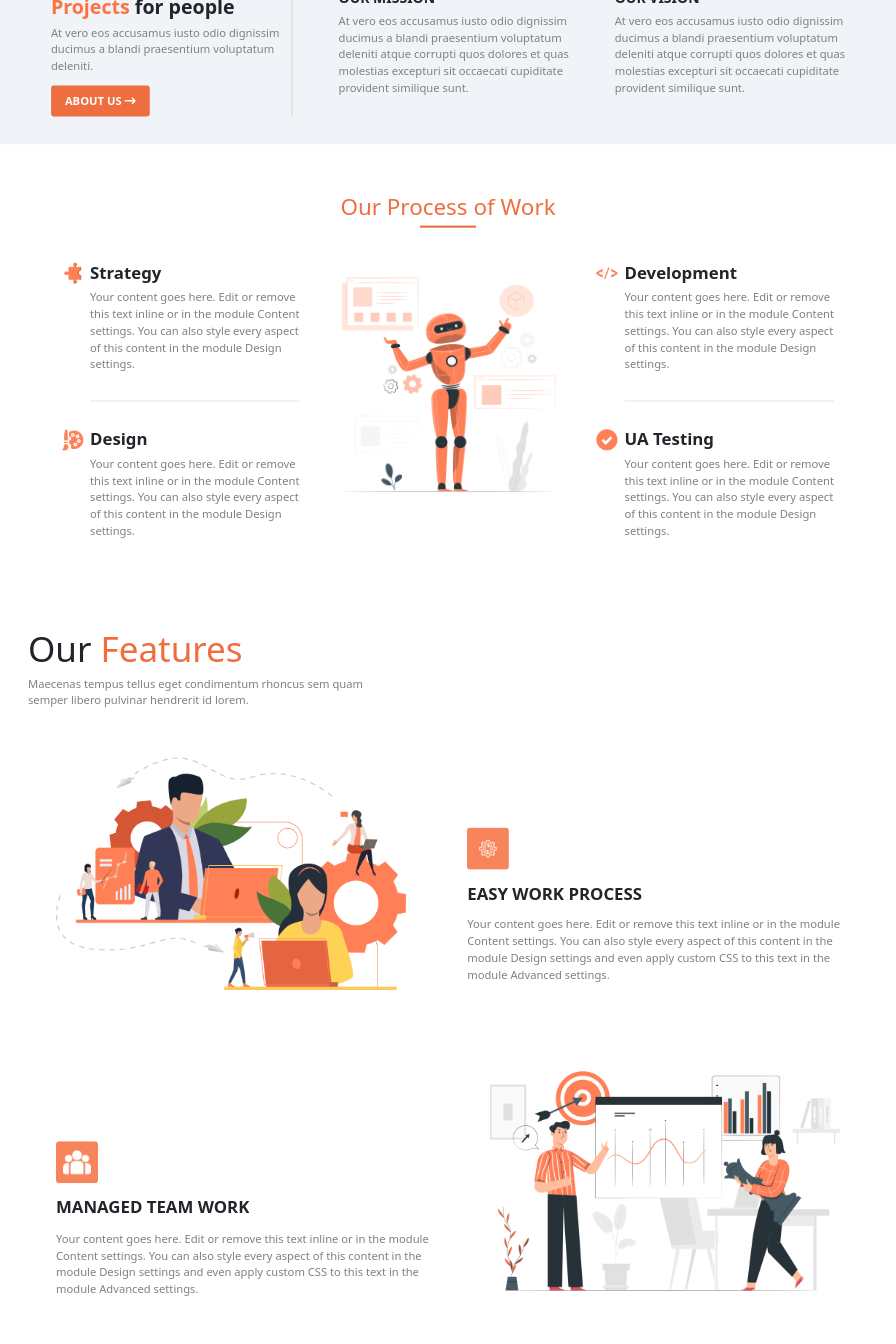
Repository: meherujjahan/Molti-website
Page: index.html
An editor plug-in stored every save of this project. The page is shown before and after the next save, followed by the edit.
The browser window is 1280 px wide. The pictures show the part of the page from y = 1465 to 3385 px (the page is 3951 px tall), at 70% of full size.
Some web libraries are served in a nearby version.

Above is the page before, as saved 2022-03-08 20:09:39.

After the next save:
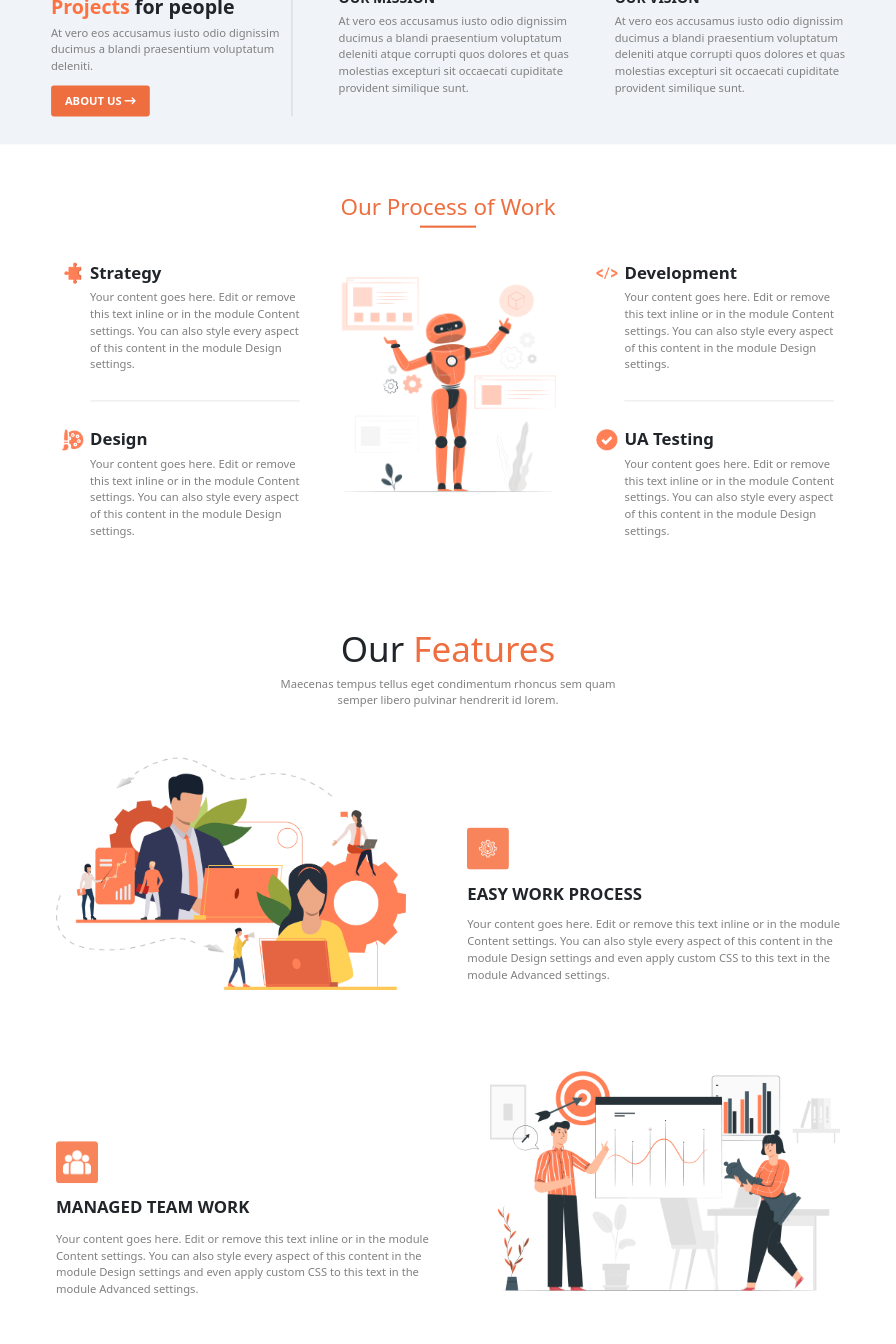
Saved 51 s later.
--- a/myStyle.css
+++ b/myStyle.css
@@ -239,6 +239,9 @@ FEATURE SECTION
   padding: 40px;
   margin-bottom: 30px;
 }
+.feature-text {
+  text-align: center;
+}
 .feature-text span {
   color: rgb(238, 110, 63);
 }
